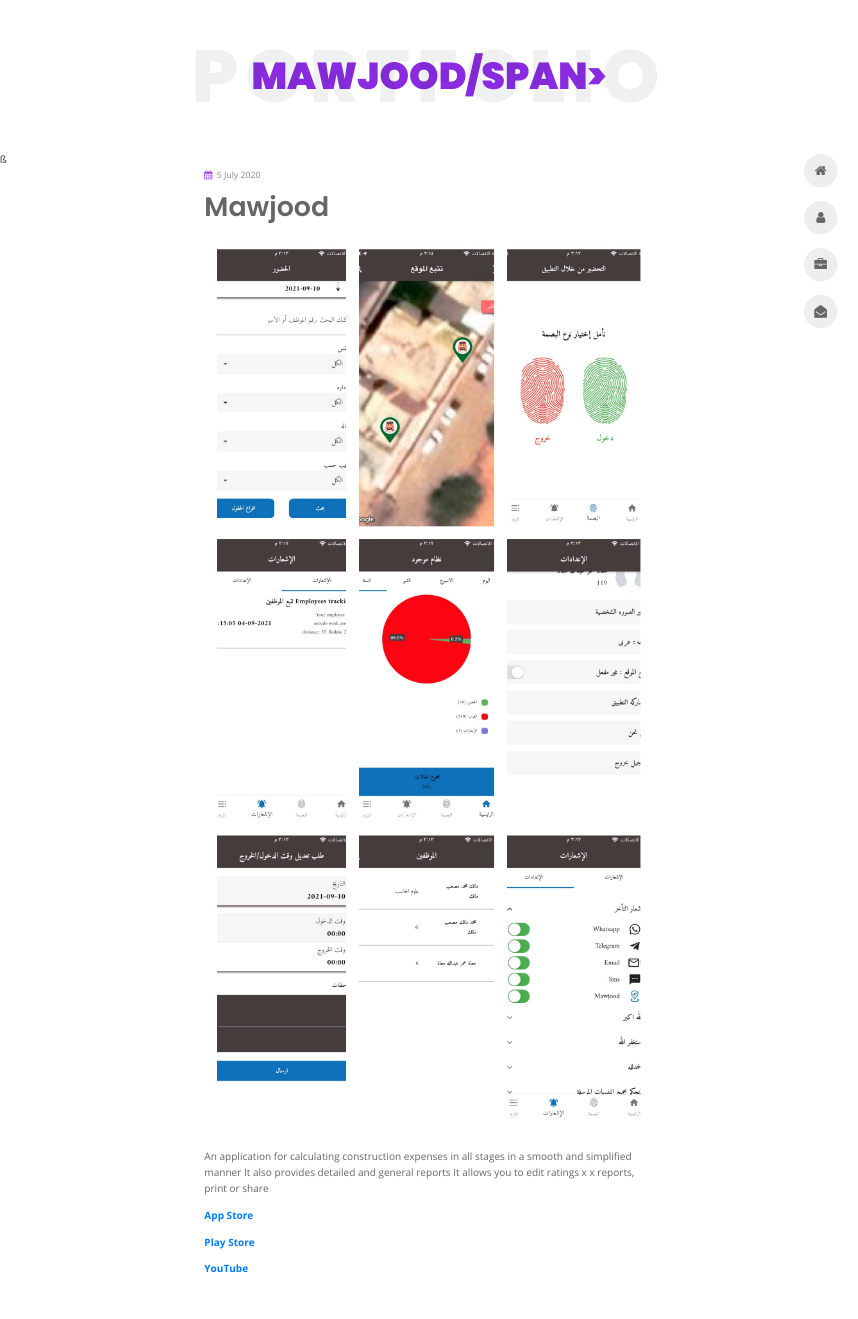
Repository: mhamdimno/mywebsite
Page: projects/Mawjood/index.html
An editor plug-in stored every save of this project. The page is shown before and after the next save, followed by the edit.
The browser window is 1280 px wide. The pictures show the whole page, at 67% of full size.

Above is the page before, as saved 2021-09-10 15:17:42.

After the next save:
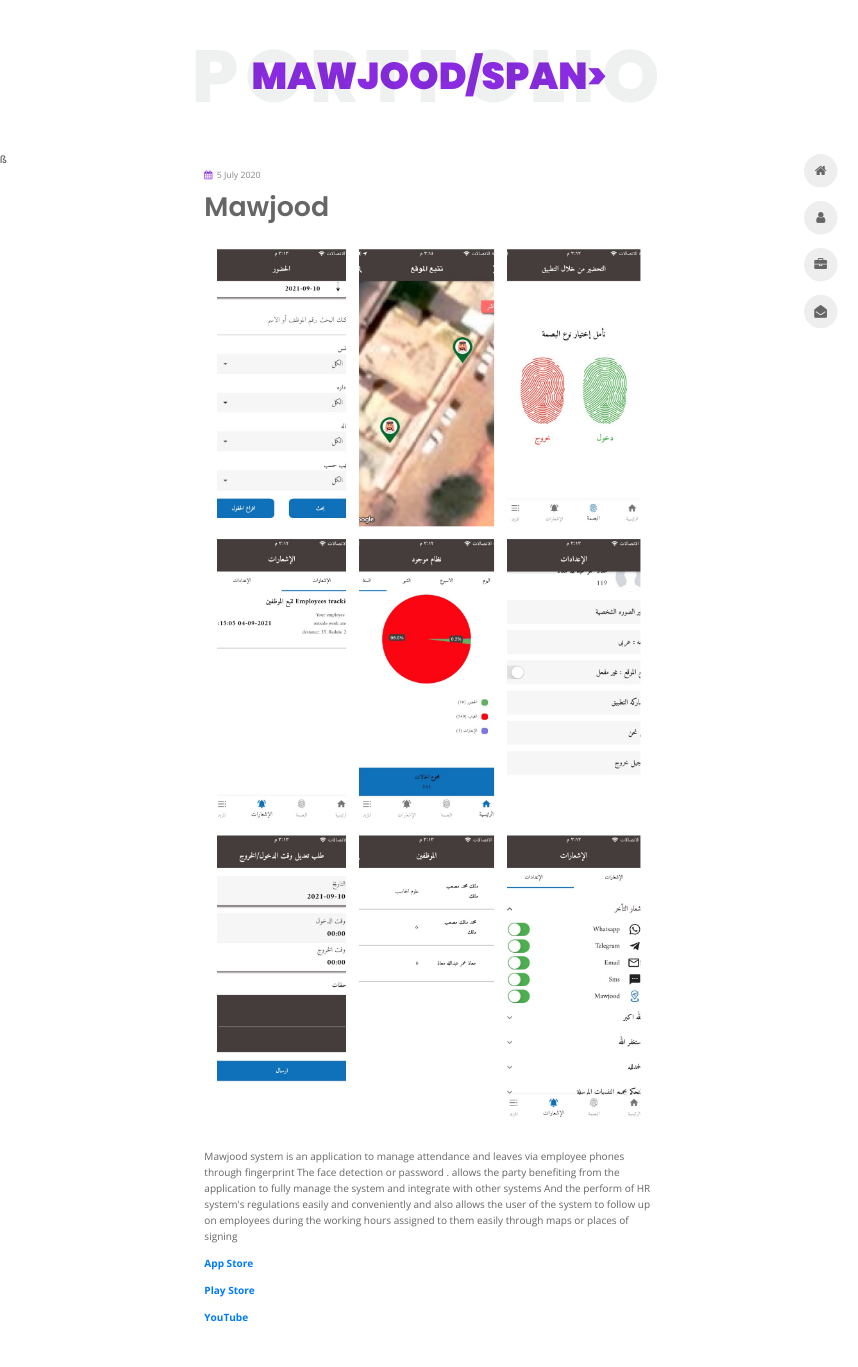
Saved 41 s later.
--- a/projects/Mawjood/index.html
+++ b/projects/Mawjood/index.html
@@ -97,10 +97,11 @@
                 <img src="../../img/projects/Mawjood.jpg" class="img-fluid" alt="Blog image"/>
                 <div class="blog-excerpt open-sans-font pb-5">
                     <p>
-                        An application for calculating construction expenses in all stages in a smooth and simplified manner
-                        It also provides detailed and general reports
-                        It allows you to edit ratings
-                        x x reports, print or share
+                        Mawjood system is an application to manage attendance and leaves via employee phones through fingerprint
+                        The face detection or password . allows the party benefiting from the application to fully manage the system and integrate with other systems
+                        And the perform of HR system's regulations easily and conveniently
+                      and also allows the user of the system to follow up on employees during the working hours
+                      assigned to them easily through maps or places of signing
                     <p>
                         <strong><a href="https://apps.apple.com/us/app/مصاريف-البناء/id1561573254" target="_blank">App Store</a></strong>
 
